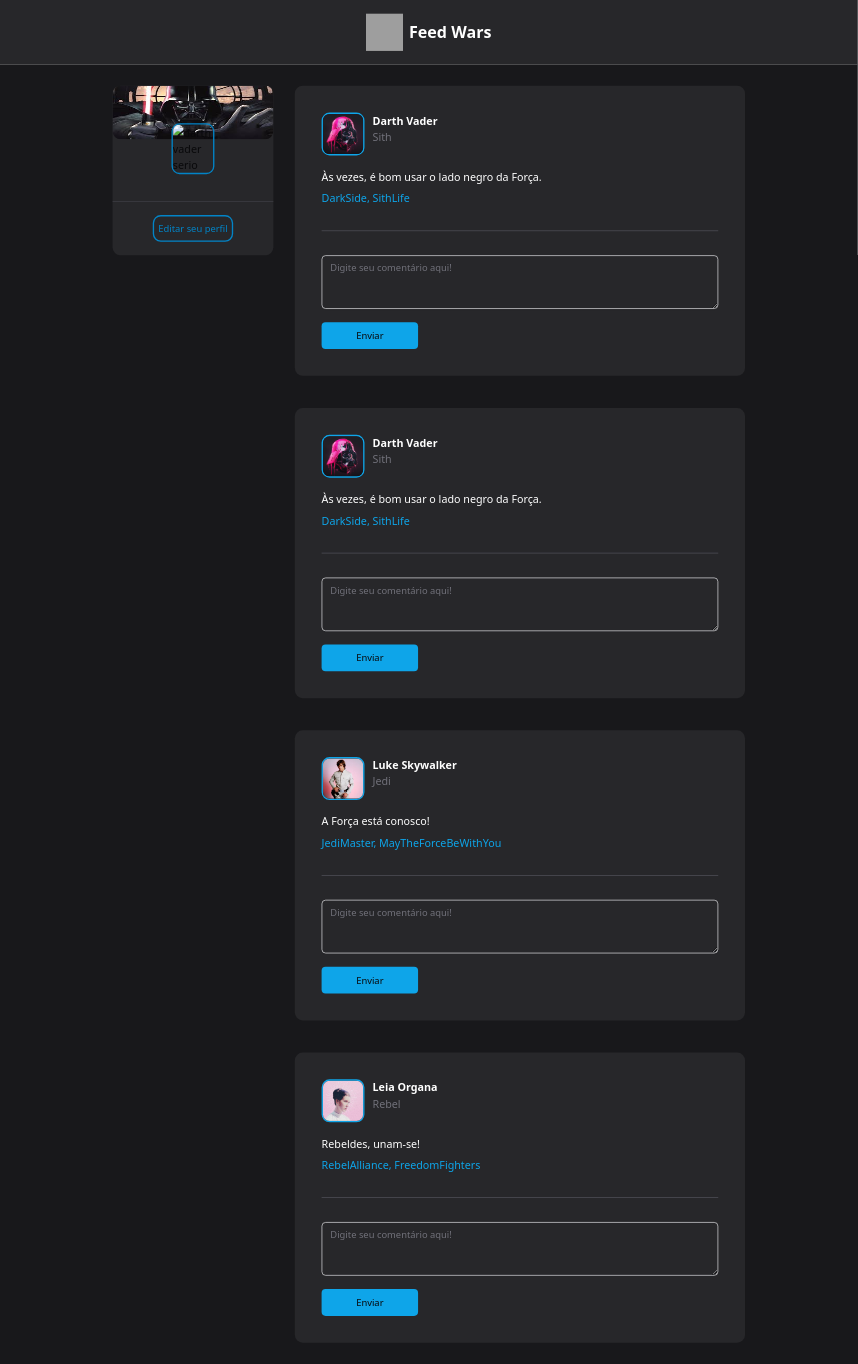
Repository: Brendadosanjos/FeedWars
Page: /
These files come from the project's save history. The page is drawn as it stood at one moment and after the next save; the edit follows.
The browser window is 1280 px wide. The pictures show the whole page, at 67% of full size.
Pictures or frames that could not be fetched are drawn as grey boxes. The page's requests for data from a server got no answer. The project was rebuilt for these pictures with package versions that can differ from the ones it lists, and the page was loaded fresh each time. No one was signed in, and anything a server would have sent is missing. Requests to the local data server were answered from the project's data file. Also part of the build but not shown: vite.config.ts.

Above is the page before, as saved 2024-11-13 14:07:08.

After the next save:
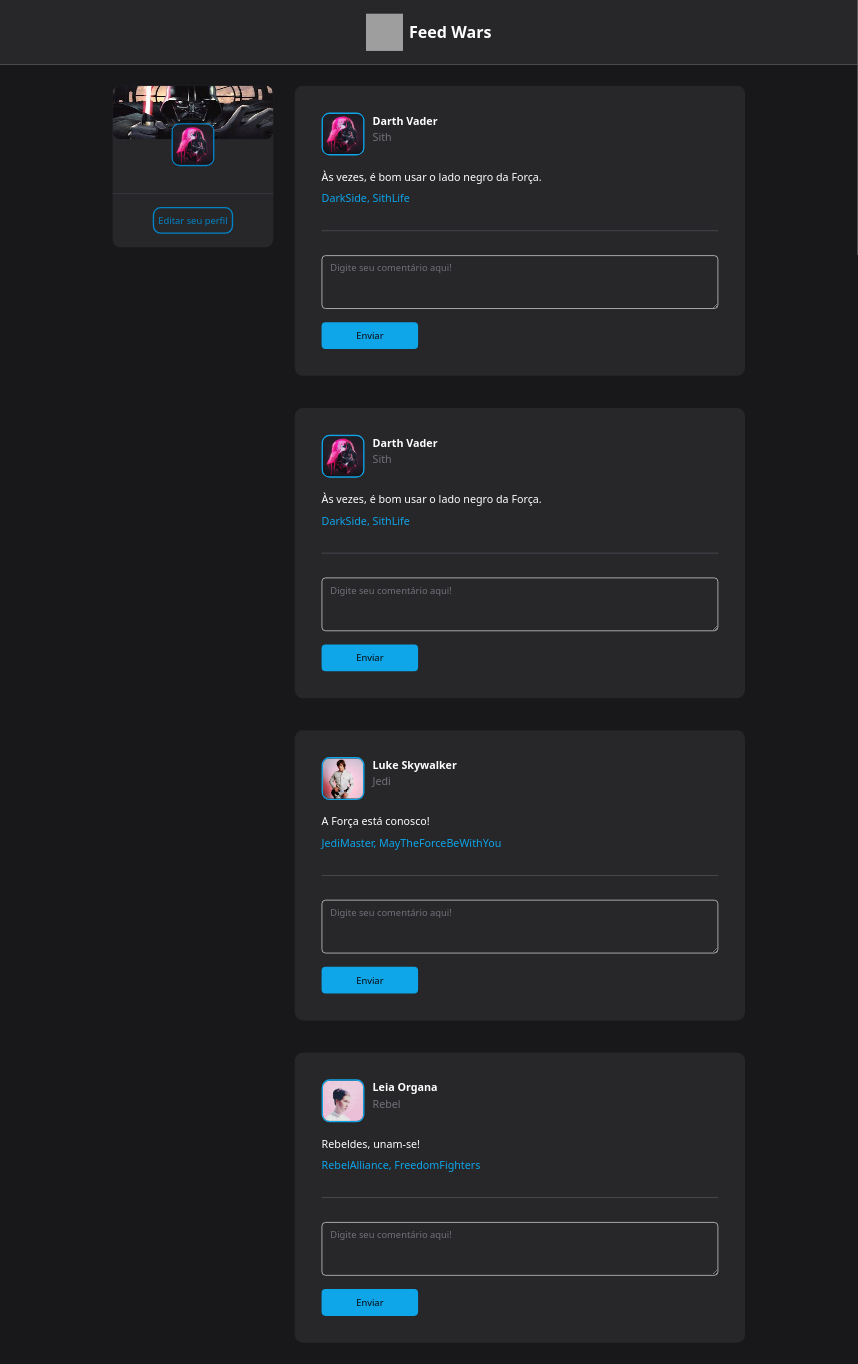
Saved 5 s later.
--- a/src/components/CardAside.tsx
+++ b/src/components/CardAside.tsx
@@ -36,7 +36,7 @@
       </header>
       <main className="flex flex-col items-center rounded-xl gap-2 relative bottom-6">
         <img
-          src=""
+          src="public/fotoperfil.jpg"
           alt="darth vader serio"
           className="w-16 rounded-xl border-2 border-sky-600 "
         />
